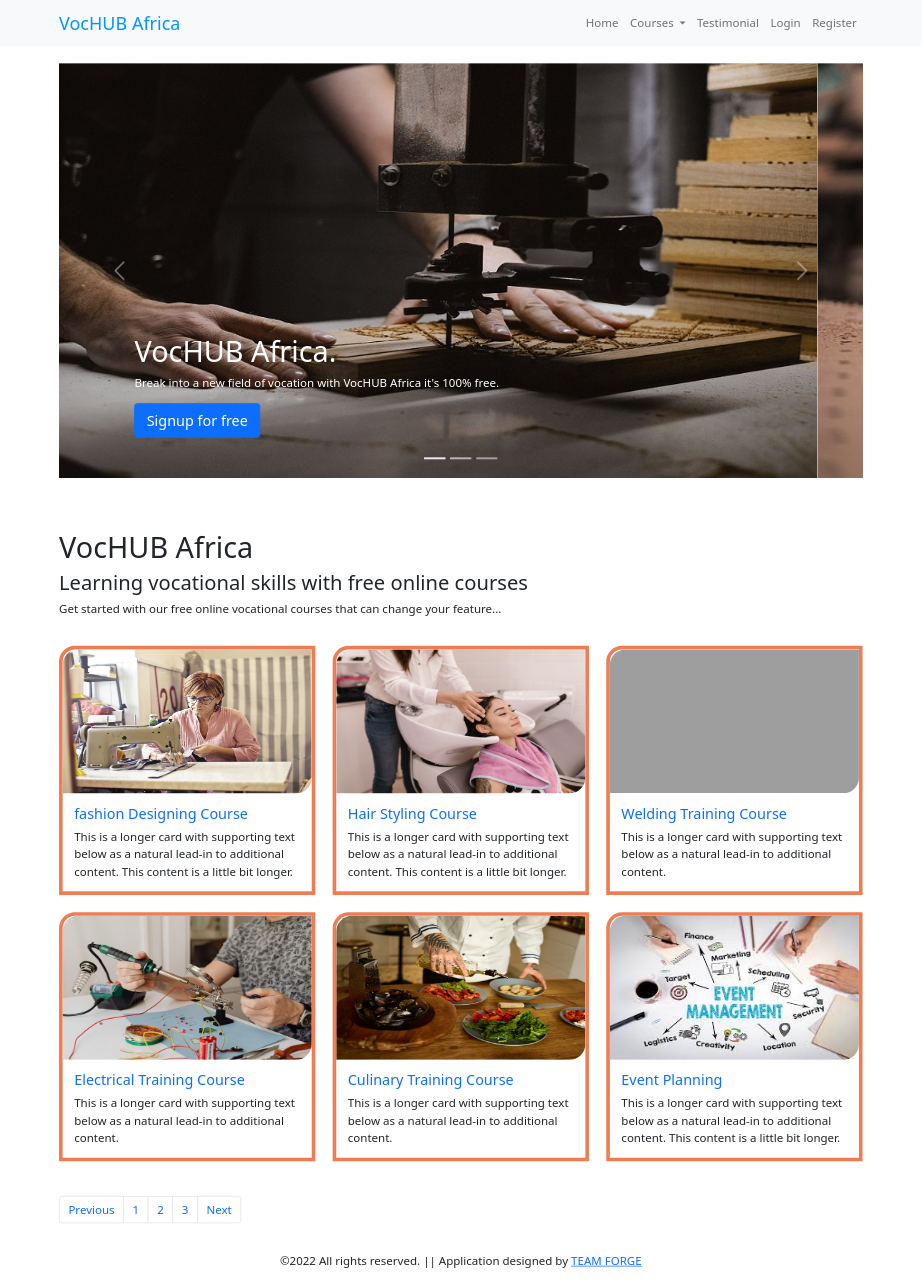
Repository: EKem01/VocHUB-Africa-Project
Page: / (app in client/)
An editor plug-in stored every save of this project. The page is shown before and after a run of saves, followed by the edit.
The browser window is 1280 px wide. The pictures show the whole page, at 72% of full size.
Pictures or frames that could not be fetched are drawn as grey boxes. The project was rebuilt for these pictures with package versions that can differ from the ones it lists, and the page was loaded fresh each time. Also part of the build but not shown: client/angular.json, client/src/app/components/login/login.component.ts, client/src/app/components/register/register.component.ts, client/src/app/components/courses/fashion-designing/fashion-designing.component.ts, client/src/app/components/courses/hair-styling/hair-styling.component.ts, client/src/app/components/dashboard/dashboard.component.ts, client/src/app/components/logout/logout.component.ts, client/src/app/components/mentorship/mentorship.component.ts.

Above is the page before, as saved 2022-06-13 23:12:55.

After the next 2 saves:
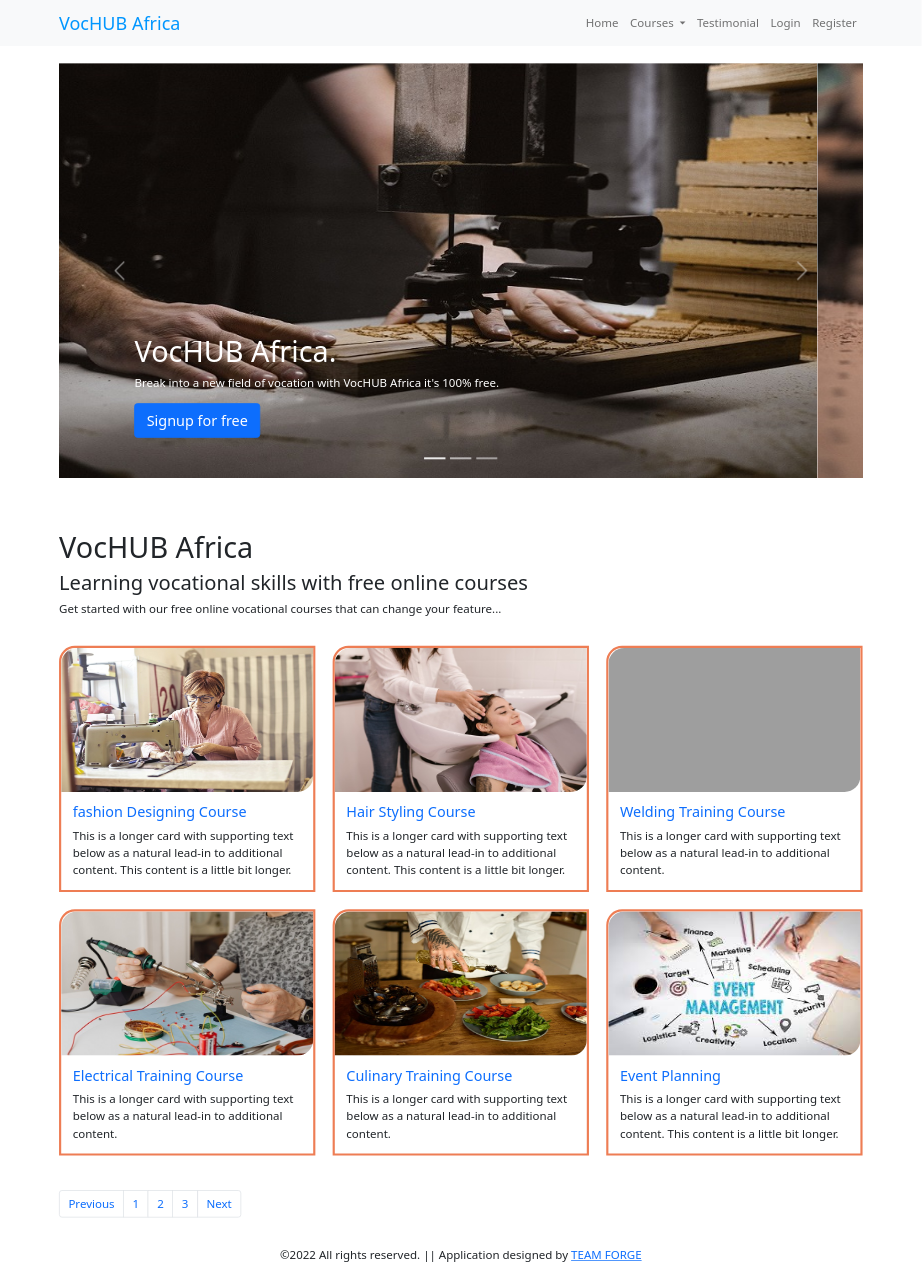
The 2 saves are shown as one change because they came seconds apart.
The last was saved 10 s later.
--- a/client/src/app/components/home/home.component.css
+++ b/client/src/app/components/home/home.component.css
@@ -4,7 +4,7 @@ img{
 }
 .card{
     border-radius: 22px 0px 0 0;
-    border: 5px solid rgb(238, 125, 84);
+    border: 3px solid rgb(238, 125, 84);
 }
 .card img{
     height: 200px;
